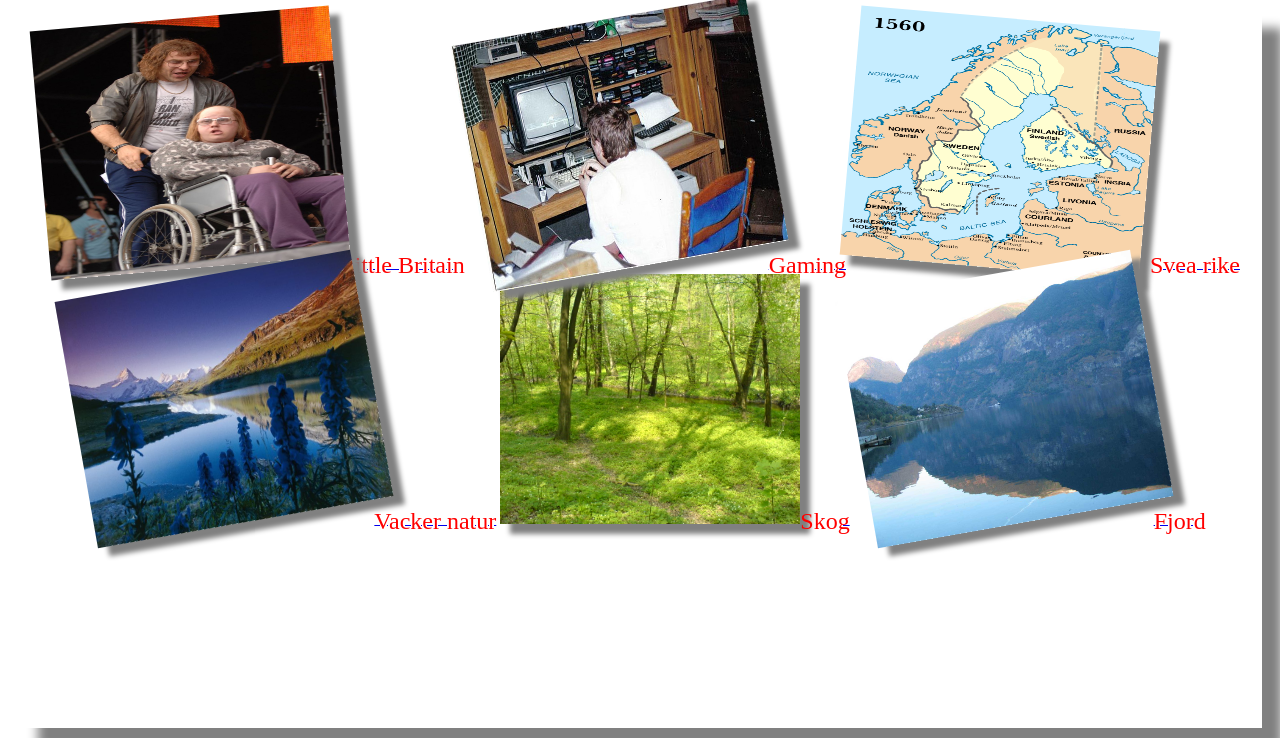
Repository: ao222qc/1IK415_ao222qc_copycat
Page: gallery/index.html
The author's editor kept a record of every edit. The page is drawn from the files as they stood at one moment, then again after the next edit.
The browser window is 1280 px wide. The pictures show the whole page.

Above is the page before.

### gallery/index.html
<!doctype html>
<html lang="sv">
    <head>
        <meta charset = "utf-8">
        <title>Galleri</title>
    <link rel="stylesheet" href="../pics/css/gallery.css" media="screen">
    </head>
<body>
    <div id="contaner">
    <div id="images">
        <a href="image1.jpg" title="Little Britain"><img src="../pics/image1.jpg"alt="Karaktärer från Little Britain"/></a>
        <a href="image2.jpg" title="Gaming"><img src="../pics/image2.jpg" alt="Gaming på den goda tiden"/></a>
        <a href="image3.jpg" title="Svea rike"><img src="../pics/image3.jpg" alt="Såhär såg sveriges gränser ut en gång i tiden"/></a>
        <a href="image4.jpg" title="Vacker natur"><img src="../pics/image4.jpg" alt="Såhär fint kan det vara"/></a>
        <a href="image5.jpg" title="Skog"><img src="../pics/image5.jpg" alt="Skog är fint"/></a>
        <a href="image6.jpg" title="Fjord"><img src="../pics/image6.jpg" alt="Fjordar akkurat"/></a>
    </div>
    </div>

</body>
</html>

### pics/css/gallery.css
#container
{
    width:auto;
    height:auto;
}
#images
{
    height:700px;
    float:left;
    padding:10px 10px 10px;
    margin:0 10px 10px;
    text-decoration:none;
    z-index:0;
    text-align:center;
    box-shadow: 20px 20px 10px gray;
    position:relative;
}
img:hover
{   -webkit-transition: width 1s, height 1s, transform 1s;
    transition: width 1s, height 1s, transform 1s;
    width:400px;
    height:350px;
    -webkit-transform: rotate(0deg);
    transform: rotate(0deg);
    z-index:100;
}
#images a:after
{
    font-size:150%;
    color:red;
    content: attr(title);
    position:relative;
    top:5px;
    text-align:center;

}
img
{
    width:300px;
    height:250px;
    box-shadow: 10px 10px 5px gray;
}

#images a:nth-child(1) img
{
    -webkit-transform: rotate(-5deg);
    transform: rotate(-5deg);
}

#images a:nth-child(3n) img
{
    -webkit-transform: rotate(5deg);
    transform: rotate(5deg);
}
#images a:nth-child(2n) img
{
    -webkit-transform: rotate(-10deg);
    transform: rotate(-10deg);
}

After the next edit:
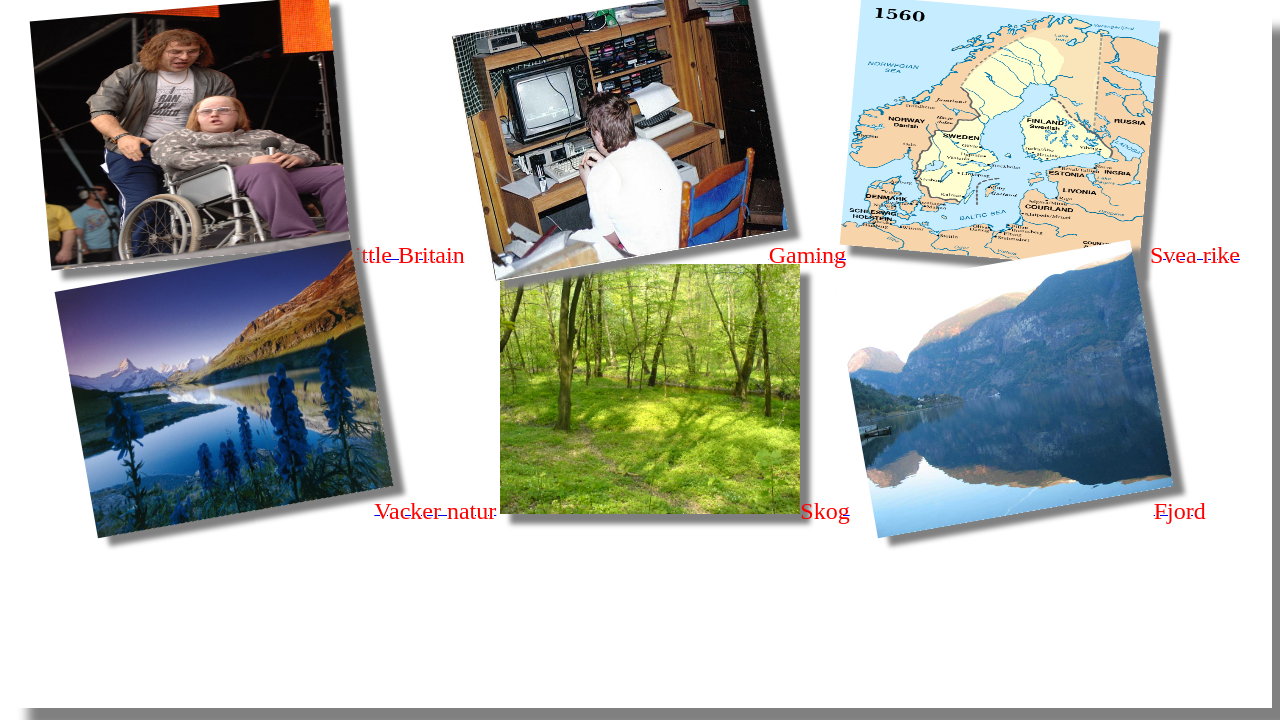
The edit:
--- a/pics/css/gallery.css
+++ b/pics/css/gallery.css
@@ -7,8 +7,6 @@
 {
     height:700px;
     float:left;
-    padding:10px 10px 10px;
-    margin:0 10px 10px;
     text-decoration:none;
     z-index:0;
     text-align:center;
